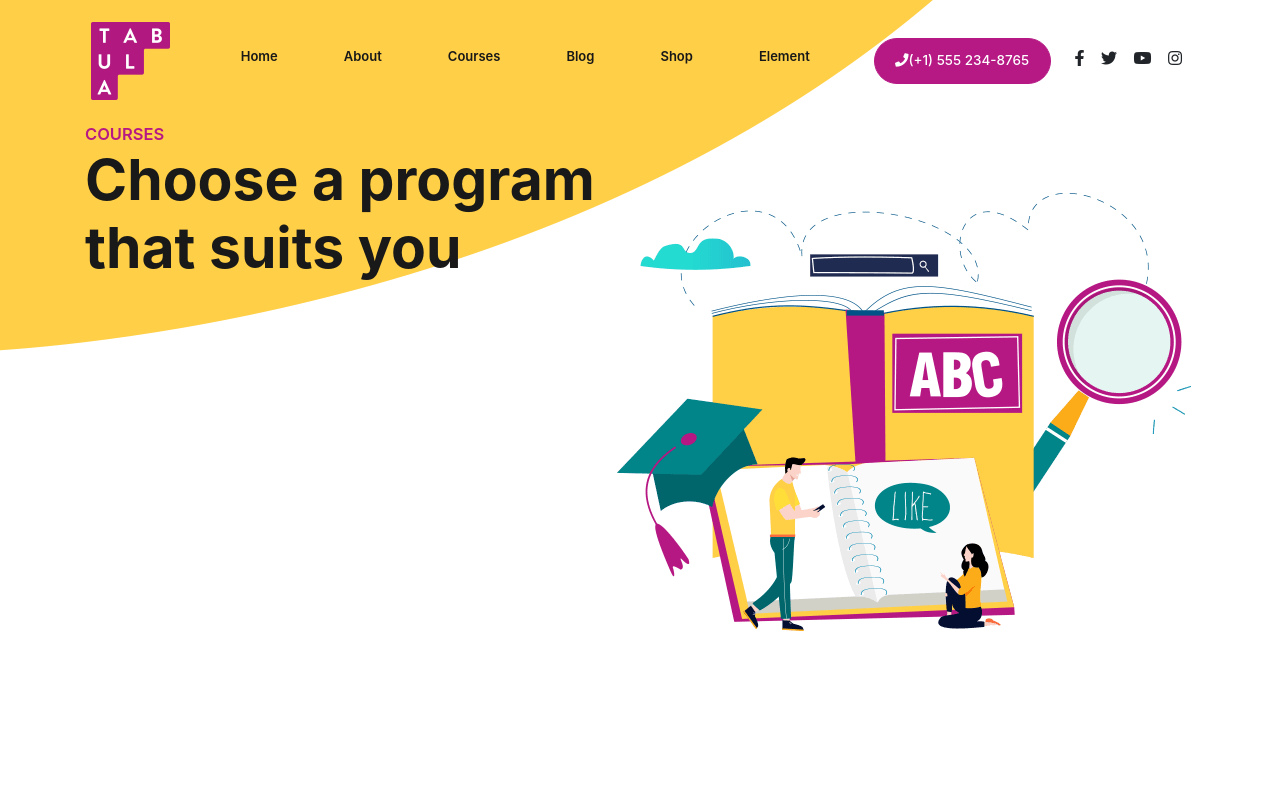
Repository: Khanh1234-glitch/TruongNguyenBaoKhanh_BC22_assignment__tabula
Page: Tabula/index.html
These files come from the project's save history. The page is drawn as it stood at one moment and after the next save; the edit follows.
The browser window is 1280 px wide. The pictures show the whole page.
The style sheet was rebuilt from its Sass, Less or Tailwind sources for each picture, by a compiler version that may differ from the author's.

Above is the page before, as saved 2022-04-16 09:33:02.

### Tabula/index.html
<!doctype html>
<html lang="en">

<head>
    <title>Title</title>
    <!-- Required meta tags -->
    <meta charset="utf-8">
    <meta name="viewport" content="width=device-width, initial-scale=1, shrink-to-fit=no">
    <!-- link css -->
    <link rel="stylesheet" href="./css/style.css">
    <!-- link fontawesome -->
    <link rel="stylesheet" href="https://cdnjs.cloudflare.com/ajax/libs/font-awesome/5.15.4/css/all.min.css">
    <!-- Bootstrap CSS -->
    <link rel="stylesheet" href="https://stackpath.bootstrapcdn.com/bootstrap/4.3.1/css/bootstrap.min.css" integrity="sha384-ggOyR0iXCbMQv3Xipma34MD+dH/1fQ784/j6cY/iJTQUOhcWr7x9JvoRxT2MZw1T" crossorigin="anonymous">
</head>

<body>
    <header>
        <nav class="navbar container navbar-expand-md navbar-dark">
            <!-- Toggler/collapsibe Button -->
            <button class="navbar-toggler" type="button" data-toggle="collapse" data-target="#collapsibleNavbar">
                <span class="navbar-toggler-icon"></span>
            </button>
            <!-- Brand -->
            <img src="./img/crest.png" alt="">
            <!-- Navbar links -->
            <div class="collapse navbar-collapse " id="collapsibleNavbar">
                <ul class="navbar-nav ml-auto">
                    <li class="nav-item">
                        <a class="nav-link" href="#">Home</a>
                    </li>
                    <li class="nav-item">
                        <a class="nav-link" href="#">About</a>
                    </li>
                    <li class="nav-item">
                        <a class="nav-link" href="#">Courses</a>
                    </li>
                    <li class="nav-item">
                        <a class="nav-link" href="#">Blog</a>
                    </li>
                    <li class="nav-item">
                        <a class="nav-link" href="#">Shop</a>
                    </li>
                    <li class="nav-item">
                        <a class="nav-link" href="#">Element</a>
                    </li>
                    <li class="button">
                        <button class="btn-header"><i class="fa fa-phone"></i> (+1) 555 234-8765</button>
                    </li>
                    <li class="nav-item" style="margin-top:10px">
                        <i class="fab fa-facebook-f"></i>
                        <i class="fab fa-twitter"></i>
                        <i class="fab fa-youtube"></i>
                        <i class="fab fa-instagram"></i>
                    </li>
                </ul>
            </div>
        </nav>
        <div class="hero-book container">
            <div class="text-left">
                <span>COURSES</span>
                <h1>Choose a program that suits you</h1>
            </div>
            <div class="img-right">
                <img src="./img/hero_books.png" alt="">
            </div>
        </div>
    </header>
    <!-- Optional JavaScript -->
    <!-- jQuery first, then Popper.js, then Bootstrap JS -->
    <script src="https://code.jquery.com/jquery-3.3.1.slim.min.js" integrity="sha384-q8i/X+965DzO0rT7abK41JStQIAqVgRVzpbzo5smXKp4YfRvH+8abtTE1Pi6jizo" crossorigin="anonymous"></script>
    <script src="https://cdnjs.cloudflare.com/ajax/libs/popper.js/1.14.7/umd/popper.min.js" integrity="sha384-UO2eT0CpHqdSJQ6hJty5KVphtPhzWj9WO1clHTMGa3JDZwrnQq4sF86dIHNDz0W1" crossorigin="anonymous"></script>
    <script src="https://stackpath.bootstrapcdn.com/bootstrap/4.3.1/js/bootstrap.min.js" integrity="sha384-JjSmVgyd0p3pXB1rRibZUAYoIIy6OrQ6VrjIEaFf/nJGzIxFDsf4x0xIM+B07jRM" crossorigin="anonymous"></script>
</body>

</html>

### Tabula/Sass/style.scss
@import "./helper/mixin";
@import "./helper/variable";
@import "./Component/navbar";
@import "./Component/button";
@import "./Component/social";
@import "./Component/herobook";

### Tabula/Sass/helper/_mixin.scss
@mixin content($fs, $fw, $color) {
    font-size: $fs;
    font-weight: $fw;
    background-color: $color;
}

@mixin content2($fs, $fw, $color) {
    font-size: $fs;
    font-weight: $fw;
    color: $color;
}

### Tabula/Sass/helper/_variable.scss
//color
$color:#e6afd4;
$color2:#181818;
$color3:#b61984 !important;
$color4:#191919;
//font weight
$fw-1:500;
$fw-2:600;
$fw-3:700;
$fw-4:800;
//font-size
$fs-1:13px;
$fs-2:57px;
$fs-3:16.5px;
$fs-4:14.625px;
$fs-5:13.125px;
$fs-6:13.5px;
$fs-7:16.5px;

### Tabula/Sass/Component/_navbar.scss
body {
    background: url("./../../img/yellow_top_wave_01.png");
    background-repeat: no-repeat;
    header {
        .navbar-nav {
            .nav-item {
                a {
                    @include content2($fs-1,
                    $fw-2,
                    $color2);
                    line-height: 80px;
                    margin-right: 50px;
                    color: $color2 !important;
                    transition: all 0.5s;
                    &::after {
                        content: "";
                        width: 10px;
                        height: 10px;
                        margin-left: 7px;
                        border-radius: 100%;
                        display: block;
                        background-color: $color3;
                        transition: all 0.5s;
                        transform: scaleX(0);
                    }
                    &:hover {
                        color: $color3;
                        &::after {
                            transform: scaleX(1);
                        }
                    }
                }
            }
        }
    }
}

### Tabula/Sass/Component/_button.scss
    .navbar-nav {
        .button {
            display: flex;
            align-items: center;
            margin-right: 18px;
            button {
                @include content($fs-6, $fw-1, $color3);
                align-items: center;
                border-radius: 50px;
                display: flex;
                justify-content: center;
                line-height: 13.5px;
                margin: 6px;
                padding: 14.85px 20.25px;
                text-align: center;
                color: #fff;
                border: 1px solid $color3;
                transition: all 0.5s;
                &:hover {
                    border: 1px solid $color3;
                    background-color: #fff !important;
                    color: $color3;
                }
            }
        }
    }

### Tabula/Sass/Component/_social.scss
.navbar-nav {
    .nav-item {
        i {
            margin-right: 12px;
            line-height: 80px;
            cursor: pointer;
            transition: all 0.5s;
            &:hover {
                color: $color3;
            }
        }
    }
}

### Tabula/Sass/Component/_herobook.scss
.hero-book {
    display: flex;
    span {
        @include content2($fs-7, $fw-2, $color3);
        line-height: 19.8px;
    }
    h1 {
        @include content2($fs-2, $fw-3, $color4);
        line-height: 68.4px;
    }
    .img-right {
        margin-bottom: 100px;
    }
}

After the next save:
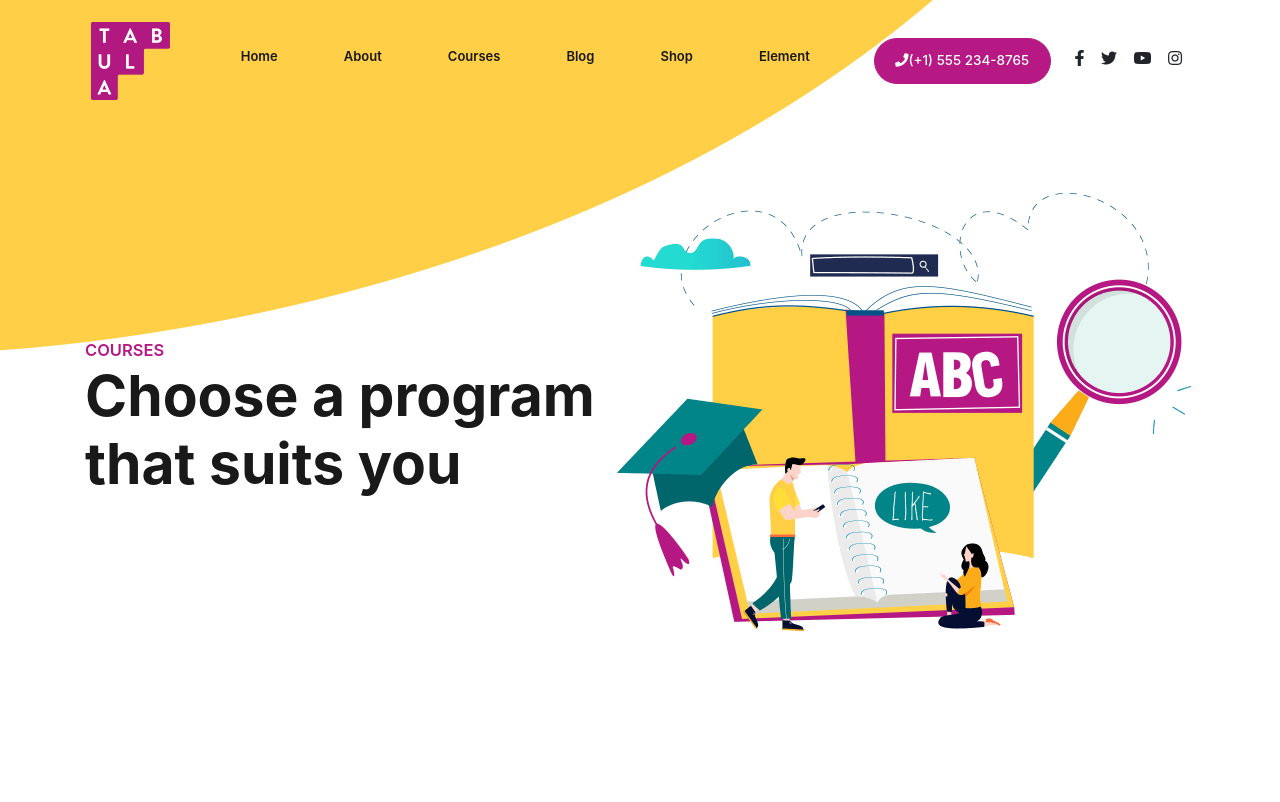
Saved 35 s later.
--- a/Tabula/Sass/Component/_herobook.scss
+++ b/Tabula/Sass/Component/_herobook.scss
@@ -1,12 +1,15 @@
 .hero-book {
     display: flex;
-    span {
-        @include content2($fs-7, $fw-2, $color3);
-        line-height: 19.8px;
-    }
-    h1 {
-        @include content2($fs-2, $fw-3, $color4);
-        line-height: 68.4px;
+    .text-left {
+        margin-top: 216px;
+        span {
+            @include content2($fs-7, $fw-2, $color3);
+            line-height: 19.8px;
+        }
+        h1 {
+            @include content2($fs-2, $fw-3, $color4);
+            line-height: 68.4px;
+        }
     }
     .img-right {
         margin-bottom: 100px;
